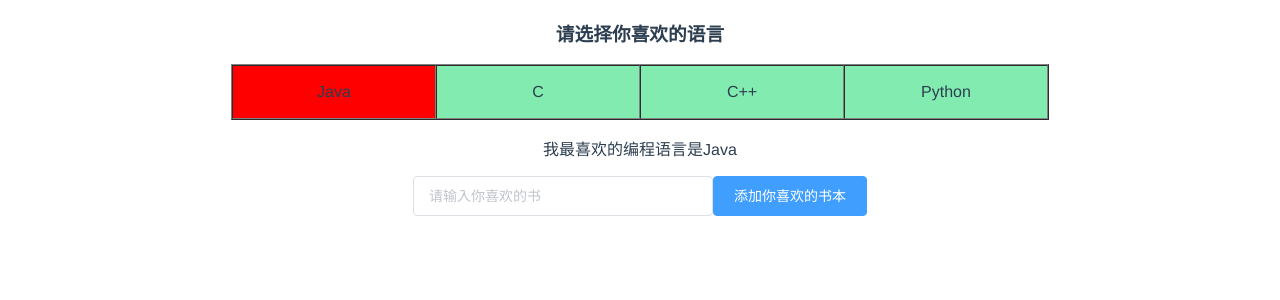
Repository: chang-meng-yun/vue_project
Page: /
The author's editor kept a copy of each file at every save. The page is drawn from the files as they stood at one save, then again after the next save.
The browser window is 1280 px wide. The pictures show the whole page.
The project was rebuilt for these pictures with package versions that can differ from the ones it lists, and the page was loaded fresh each time. Also part of the build but not shown: vue.config.js, src/VBindStudy.vue, src/components/HelloWorld.vue, src/views/HomeView.vue.

Above is the page before, as saved 2024-06-27 10:09:41.

### public/index.html
<!DOCTYPE html>
<html lang="">
  <head>
    <meta charset="utf-8">
    <meta http-equiv="X-UA-Compatible" content="IE=edge">
    <meta name="viewport" content="width=device-width,initial-scale=1.0">
    <link rel="icon" href="<%= BASE_URL %>favicon.ico">
    <!-- <title><%= htmlWebpackPlugin.options.title %></title> -->
     <title>我是首页</title>
  </head>
  <body>
    <noscript>
      <strong>We're sorry but <%= htmlWebpackPlugin.options.title %> doesn't work properly without JavaScript enabled. Please enable it to continue.</strong>
    </noscript>
    <!-- 显示内容的地方 -->
    <div id="app"></div>
    <!-- built files will be auto injected -->
  </body>
</html>

### src/main.js
import Vue from 'vue'
import App from './App.vue'
import ElementUI from 'element-ui';
import 'element-ui/lib/theme-chalk/index.css';
import router from './router'

Vue.use(ElementUI);

Vue.config.productionTip = false
new Vue({
  router,
  render: h => h(App)
}).$mount('#app')

### src/App.vue
<template>
  <div id="app">
    <!-- <Hello></Hello> -->
    <!-- <VBindStudy></VBindStudy> -->
     <HomeWork></HomeWork>
      <!-- <reHome></reHome> -->
       <!-- <Model></Model> -->
  </div>
</template>
<script>
  // 导入组件
  import Hello from '@/Hello.vue'
  import VBindStudy from '@/VBindStudy'
  import HomeWork from '@/HomeWork'
    import reHome from './views/reHome.vue'
    import Model from './views/Model.vue'
  export default{
    components:{
        Hello,
        VBindStudy,
        HomeWork,
        Model
    },
    data(){
      return{
        mark:true,
        name:"张三",
        mywidth:"350px",
        myImage:require("./assets/花.jpg")
      }
    },
    methods:{
     controller_div(){
        this.mark=!this.mark
        console.log(this.mark)
      },
      changeSize(){
        this.mywidth="500px"
      },
      changeImage(){
        console.log("pakaqiu")
        this.myImage=require("./assets/小樱花.webp")
      }
     }
    }
</script>
<style>
.box{
    width: 200px;
    height: 200px;
    background-color: red;
}
#app {
  font-family: Avenir, Helvetica, Arial, sans-serif;
  -webkit-font-smoothing: antialiased;
  -moz-osx-font-smoothing: grayscale;
  text-align: center;
  color: #2c3e50;
}

nav {
  padding: 30px;
}

nav a {
  font-weight: bold;
  color: #2c3e50;
}

nav a.router-link-exact-active {
  color: #42b983;
}
</style>

### src/Hello.vue
<template>
  <div>
        <!-- <nav>
      <router-link to="/">Home</router-link> |
      <router-link to="/about">About</router-link>
    </nav> -->
    <!-- <el-row>
      <el-button>默认按钮</el-button>
      <el-button type="primary">主要按钮</el-button>
      <el-button type="success">成功按钮</el-button>
      <el-button type="info">信息按钮</el-button>
      <el-button type="warning">警告按钮</el-button>
      <el-button type="danger">危险按钮</el-button>
    </el-row> -->

    <!-- <input  type="text" v-model="username"> -->
     <!-- <div  v-if="mark" class="box">
      div1-if标签
     </div> -->
     <!-- <el-button type="primary" v-on:click="controller_div()">控制div</el-button> -->
     <!-- <div  v-show ="mark" class="box"> -->
      <!-- div2-show标签 -->
     <!-- </div> -->
    <!-- <div>
      {{username}}
    </div> -->
    <!-- <router-view/> -->
     <!-- <hr> -->

     <el-row>
        <el-col :span="12">
          <div class="grid-content bg-purple">
         <img src="./assets/小雏菊.webp" v-bind:width="mywidth" />
         <br>
         <el-button type="primary" @click="changeSize()">改变大小</el-button>
        </div>
      </el-col>

        <el-col :span="12">
          <div class="grid-content bg-purple-light">
            <img v-bind:src="myImage" width="350px" />
            <br>
            <el-button type="primary" @click="changeImage()">改变图片</el-button>
        </div>
      </el-col>
      </el-row>

  </div>
</template>
<script>
     export default{
    // components:{
    //     Hello,
    //     VBindStudy
    // },
    data(){
      return{
        mark:true,
        name:"张三",
        mywidth:"350px",
        myImage:require("./assets/花.jpg")
      }
    },
    methods:{
     controller_div(){
        this.mark=!this.mark
        console.log(this.mark)
      },
      changeSize(){
        this.mywidth="500px"
      },
      changeImage(){
        console.log("pakaqiu")
        this.myImage=require("./assets/小樱花.webp")
      }
     },
     components:{

     }
    }
  </script>
  <style>
  .box{
      width: 200px;
      height: 200px;
      background-color: red;
  }
  #app {
    font-family: Avenir, Helvetica, Arial, sans-serif;
    -webkit-font-smoothing: antialiased;
    -moz-osx-font-smoothing: grayscale;
    text-align: center;
    color: #2c3e50;
  }

  nav {
    padding: 30px;
  }

  nav a {
    font-weight: bold;
    color: #2c3e50;
  }

  nav a.router-link-exact-active {
    color: #42b983;
  }
  </style>

### src/HomeWork.vue
<template>
    <div id="all">

        <h3>请选择你喜欢的语言</h3>
        <table border="1" cellspacing="0" style="margin: 0 auto;" >
            <tr>
                <td v-for="(obj,index) in subject "
                :key="index"
                v-bind:class="{'bg':obj.mark}"
                @click="changeColor(obj,index)">{{obj.name}}</td>
            </tr>
        </table>

        <p style="text-align: center;">我最喜欢的编程语言是{{pro_name}}</p>
        <el-input v-model="inputName" placeholder="请输入你喜欢的书" style="width: 300px;"></el-input>
        <el-button type="primary" @click="addBook()">添加你喜欢的书本</el-button>

       <!-- {{message}} -->


    </div>
</template>
<script>
    export default{
        data(){
        return{
            pro_name:"Java",
            inputName:"",
            subject:[
            {id:"1",name:"Java",mark:true},
            {id:"2",name:"C",mark:false},
            {id:"3",name:"C++",mark:false},
            {id:"4",name:"Python",mark:false},
            ],
        }
        },
        methods:{
            addBook(){
                console.log(this.inputName)
                this.subject.push({"name":this.inputName,"mark":false})
            },
            changeColor(obj,index){
                console.log(obj,index)
                this.pro_name = obj.name;
                for(var i=0;i<this.subject.length;i++){
                    this.subject[i].mark=false;
                }
                this.subject[index].mark=true;
                this.pro_name=this.subject[index].name;
            }
        },
        components:{

        }
    }

</script>
<style>
 tr td{
        width: 200px;
        height: 50px;
        background-color: rgb(130, 236, 176);
    }
    .bg{
        background-color: rgb(218, 103, 80);
    }
</style>

### src/views/reHome.vue
<template>
    <div>
       <h3>请选择你喜欢的语言</h3>
       <table cellspacing="0" border="1" style="margin: 0 auto;">
        <tr>
            <td v-for="(obj,index) in subjects"
            :key="index"
            v_bind :class="{'bg1':obj.mark}"
            @click="changeColor(obj,index)">
            {{obj.name}}
            </td>
        </tr>
       </table>
       <p>我最喜欢的语言是{{proname}}</p>
    </div>
</template>
<script>
  export default{
    data(){
        return{
          proname:"java",
          subjects:[
            {name:"Java",mark:true},
            {name:"C",mark:false},
            {name:"C++",mark:false},
            {name:"Python",mark:false},
          ]
        }
    },
    methods:{
        changeColor(obj,index){
            console.log(obj,index)
            this.proname=obj.name
            for(var i = 0;i<this.subjects.length;i++){
                this.subjects[i].mark=false;
            }
            obj.mark=true;
        }
    },
    components:{

    },
  }
</script>
<style>
 tr td{
        width: 200px;
        height: 50px;
        background-color: rgb(130, 236, 176);
    }
    .bg1{
        background-color: rgb(218, 103, 80);
    }
</style>

### src/views/Model.vue
<template>
        <div class="model">
            <el-row>
            选择你喜欢的编程语言
             <el-input v-model="inputName" placeholder="请输入你喜欢的书"></el-input>
             <el-button type="primary" @click="addBook()">添加你喜欢的书本</el-button>
            </el-row>
            <el-row>
            <ul>
            <!-- 将提前定义好的样式，添加到选中的li上面 -->
            <li v-for="(book,index) in books" @click="selectBook(index)" :class="
            {bg:book.mark}">
            {{book.name}} ,{{index}}
            </li>
            </ul>
            </el-row>
            <el-row>
            你选择了:{{selName}}
            </el-row>
            </div>
</template>
<script>
  export default{
    data(){
        return{

        }
    }
  }
</script>
<style>
ul{
list-style-type: none;
}
li{
float: left;
width: 200px;
height: 200px;
background-color: royalblue;
}
.model{
padding: 20px 200px;
}
.bg{
background-color: red;
}
</style>

Loaded but not shown: src/router/index.js (common file)

After the next save:
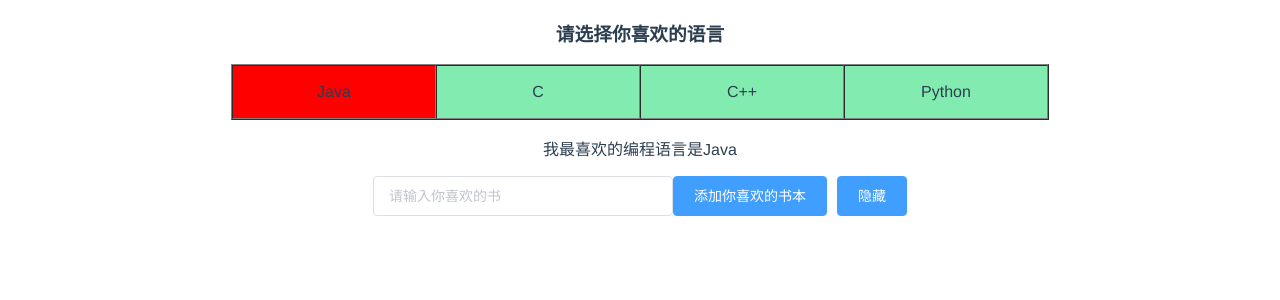
Saved 20 min 4 s later.
--- a/src/HomeWork.vue
+++ b/src/HomeWork.vue
@@ -14,7 +14,7 @@
         <p style="text-align: center;">我最喜欢的编程语言是{{pro_name}}</p>
         <el-input v-model="inputName" placeholder="请输入你喜欢的书" style="width: 300px;"></el-input>
         <el-button type="primary" @click="addBook()">添加你喜欢的书本</el-button>
-
+        <el-button type="primary" @click="addBook()">隐藏</el-button>
        <!-- {{message}} -->
 
 
